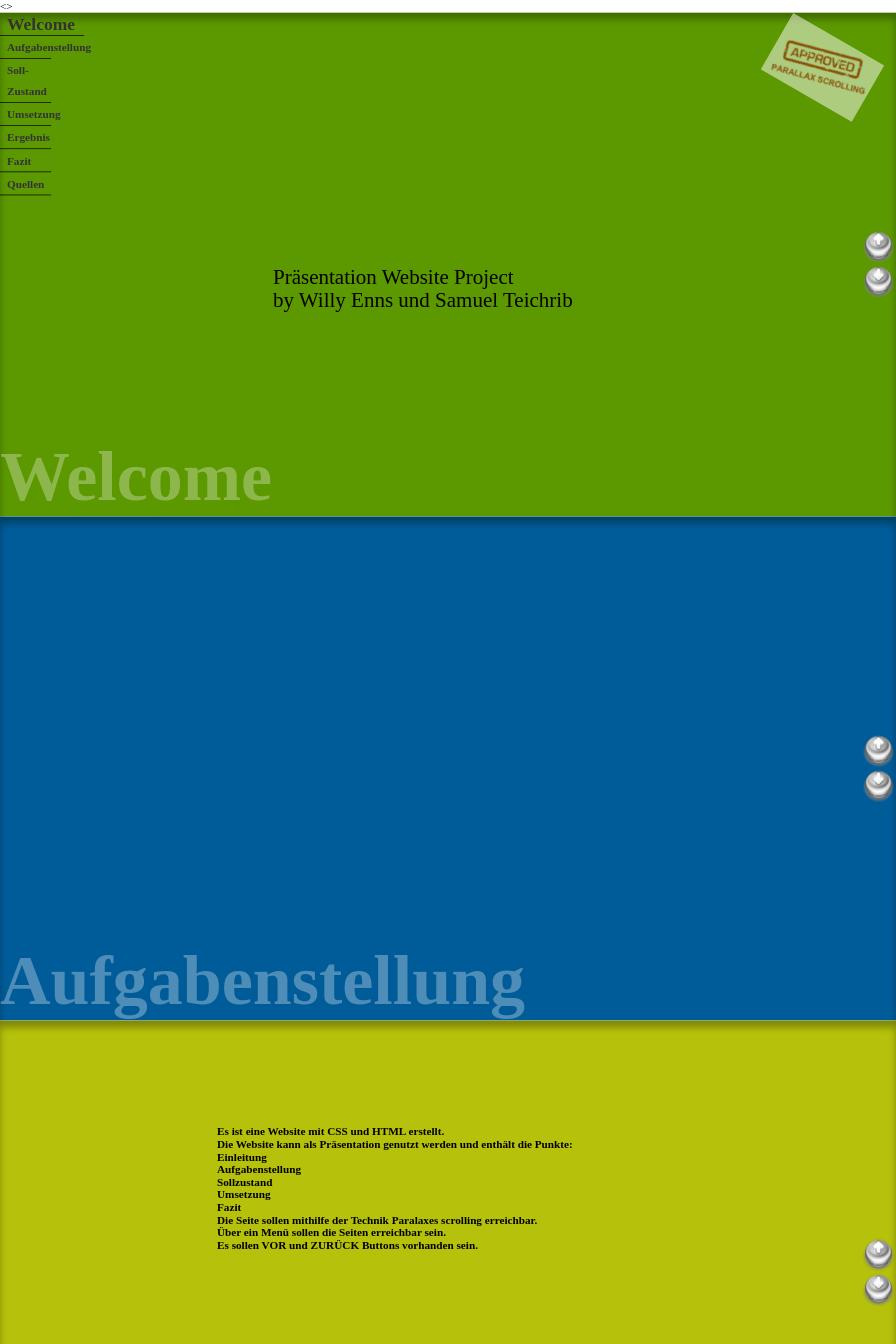
Repository: ennswi/websiteproject
Page: index.html
The author's editor kept a record of every edit. The page is drawn from the files as they stood at one moment, then again after the next edit.
The browser window is 1280 px wide. The pictures show the part of the page from y = 0 to 1920 px (the page is 5058 px tall), at 70% of full size.

Above is the page before.

After the next edit:
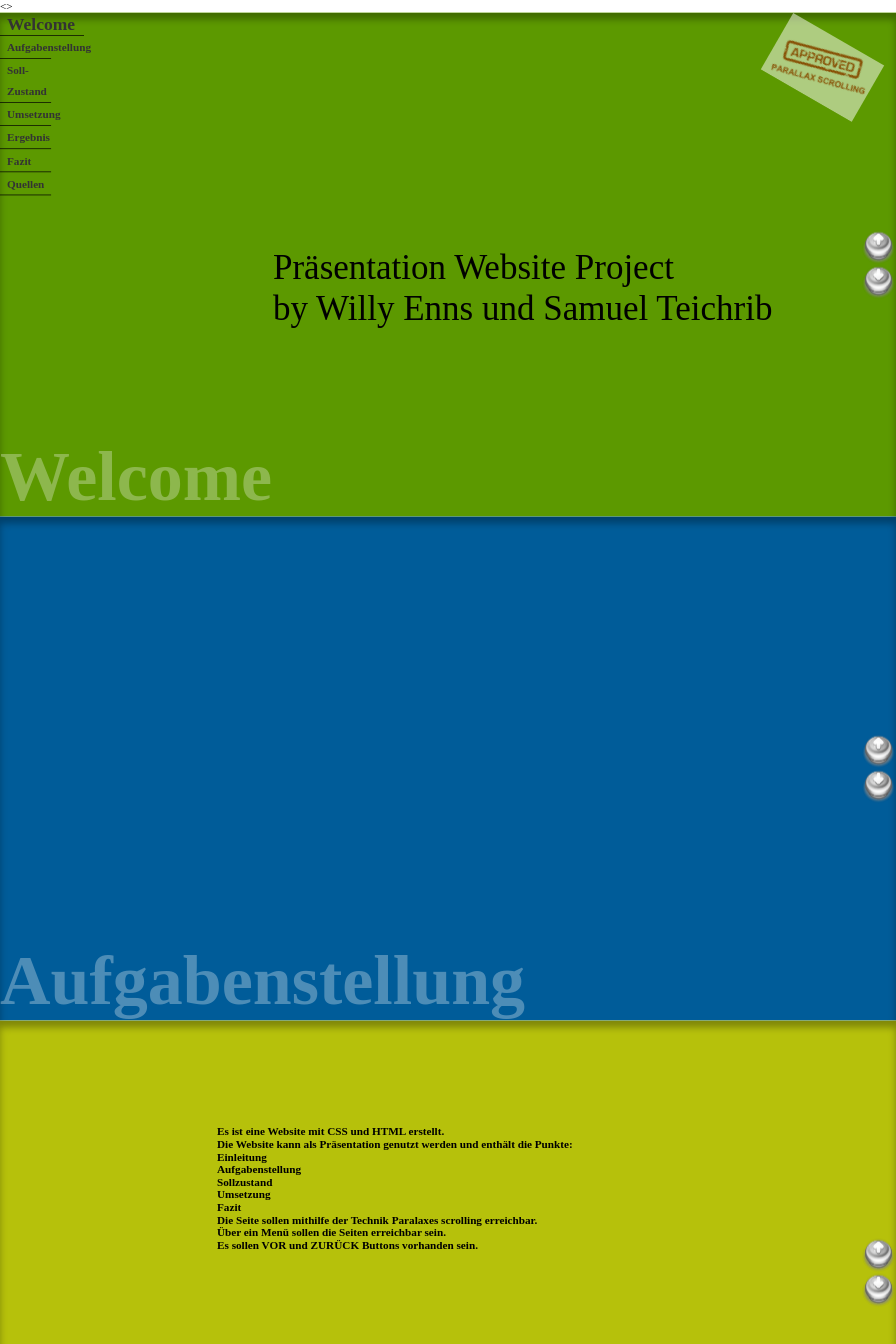
The edit:
--- a/css/style.css
+++ b/css/style.css
@@ -153,13 +153,14 @@
 }
 
 #slide1 .welcomeMainDiv{
-    font-size: 30px;
+    font-size: 50px;
     position: absolute;
     left: 50%;
     top: 50%;
     margin-left: -250px;
-    height: 50px;
-    width: 500px;
+    margin-top: -25px;
+    height: 100px;
+    width: 800px;
 }
 
 
